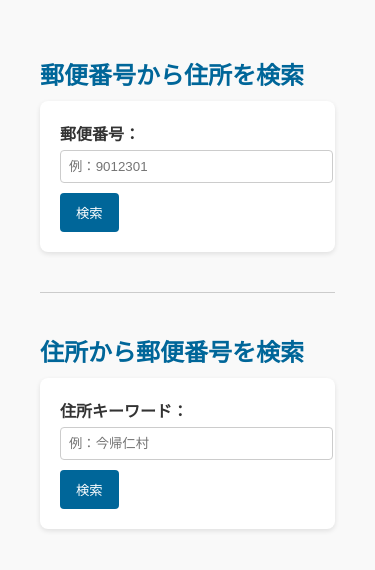
Repository: fkybiu0529-dot/zip-search-flask
Page: http://localhost/
An editor plug-in stored every save of this project. The page is shown before and after the next save, followed by the edit.
The browser window is 375 px wide. The pictures show the whole page.
The page is served by the project's application, run on Flask 3 (app.py).

Above is the page before, as saved 2026-01-31 08:44:26.

### templates/index.html
<!DOCTYPE html>
<html lang="ja">
<head>
    <meta charset="UTF-8">
    <title>郵便番号検索アプリ</title>
    <link rel="stylesheet" href="{{ url_for('static', filename='style.css') }}">

</head>
<body>
    <h1>郵便番号から住所を検索</h1>

    <form action="/" method="get">
        <label>郵便番号：</label>
        <input type="text" name="zipcode" placeholder="例：9012301">
        <button type="submit">検索</button>
    </form>

    {% if zip_result %}
<div class="result-card">
    <div class="result-title">検索結果（郵便番号 → 住所）</div>
    <p>{{ zip_result }}</p>
</div>
{% endif %}

    <hr>

    <h1>住所から郵便番号を検索</h1>

    <form action="/" method="get">
        <label>住所キーワード：</label>
        <input type="text" name="keyword" placeholder="例：今帰仁村">
        <button type="submit">検索</button>
    </form>

    {% if address_result %}
<div class="result-card">
    <div class="result-title">検索結果（住所 → 郵便番号）</div>
    <p>{{ address_result|safe }}</p>
</div>
{% endif %}

</body>
</html>

### app.py
from flask import Flask, request, render_template
import csv
import os

app = Flask(__name__)

# CSVファイルを読み込んで郵便番号と住所のリストを作成
def load_zip_data():
    data = []
    csv_path = os.path.join(os.path.dirname(__file__), "KEN_ALL.CSV")
    with open(csv_path, encoding="utf-8") as f:
        reader = csv.reader(f)
        for row in reader:
            if not row or len(row) < 7:
                continue

            zipcode = str(row[1]).strip()
            prefecture = row[4].strip()
            city = row[5].strip()
            town = row[6].strip()

            data.append({
                "zipcode": zipcode,
                "address": prefecture + city + town
            })
    return data

# 読み込んだデータをグローバル変数として保持
zip_data = load_zip_data()

# 郵便番号から住所を検索する関数
def search_by_zip(zipcode):
    if zipcode is None:
        return "郵便番号が指定されていません"
    zipcode = zipcode.replace("-", "").strip()

    for row in zip_data:
        if row["zipcode"] == zipcode:
            return row["address"]
    return "該当する住所が見つかりませんでした"

# 住所から郵便番号を検索する関数
def search_by_address(keyword):
    if not keyword:
        return "住所キーワードが指定されていません"

    results = []
    for row in zip_data:
        if keyword in row["address"]:
            results.append(f"{row['zipcode']}：{row['address']}")
    results = "<br>".join(results)
    return results or "該当する郵便番号が見つかりませんでした"

# トップページ＋検索結果表示を1つにまとめたルート
@app.route("/")
def home():
    zipcode = request.args.get("zipcode")
    keyword = request.args.get("keyword")

    zip_result = None
    address_result = None

    if zipcode:
        zip_result = search_by_zip(zipcode)

    if keyword:
        address_result = search_by_address(keyword)

    return render_template(
        "index.html",
        zip_result=zip_result,
        address_result=address_result
    )

# アプリ起動
if __name__ == "__main__":
    app.run(debug=True)

### KEN_ALL.CSV
1,"9012301","","","沖縄県","国頭郡今帰仁村","字仲宗根"

### static/style.css
body {
    font-family: "Helvetica", "Arial", sans-serif;
    background-color: #f9f9f9;
    padding: 40px;
    max-width: 600px;
    margin: auto;
    color: #333;
}

h1 {
    color: #006699;
    font-size: 1.5em;
    margin-bottom: 10px;
}

form {
    margin-bottom: 30px;
    background-color: #fff;
    padding: 20px;
    border-radius: 8px;
    box-shadow: 0 2px 5px rgba(0,0,0,0.1);
}

label {
    display: block;
    margin-bottom: 5px;
    font-weight: bold;
}

input[type="text"] {
    width: 100%;
    padding: 8px;
    margin-bottom: 10px;
    border: 1px solid #ccc;
    border-radius: 4px;
}

button {
    background-color: #006699;
    color: white;
    border: none;
    padding: 10px 16px;
    border-radius: 4px;
    cursor: pointer;
}

button:hover {
    background-color: #004466;
}

hr {
    margin: 40px 0;
    border: none;
    border-top: 1px solid #ccc;
}

p {
    background-color: #e6f2ff;
    padding: 10px;
    border-left: 4px solid #006699;
    border-radius: 4px;
}
.result-card {
    background-color: #ffffff;
    padding: 15px;
    margin-top: 20px;
    border-radius: 8px;
    border-left: 5px solid #006699;
    box-shadow: 0 2px 6px rgba(0,0,0,0.1);
}

.result-title {
    font-weight: bold;
    margin-bottom: 8px;
    color: #004466;
}

After the next save:
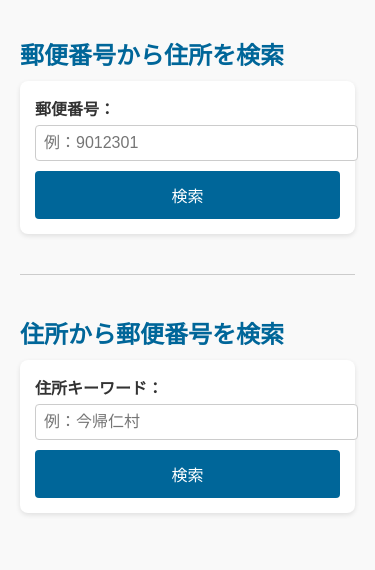
Saved 5 min 8 s later.
--- a/static/style.css
+++ b/static/style.css
@@ -74,3 +74,27 @@ p {
     margin-bottom: 8px;
     color: #004466;
 }
+
+@media (max-width: 600px) {
+    body {
+        padding: 20px;
+    }
+
+    form {
+        padding: 15px;
+    }
+
+    input[type="text"] {
+        font-size: 16px;
+    }
+
+    button {
+        width: 100%;
+        padding: 12px;
+        font-size: 16px;
+    }
+
+    .result-card {
+        padding: 12px;
+    }
+}
